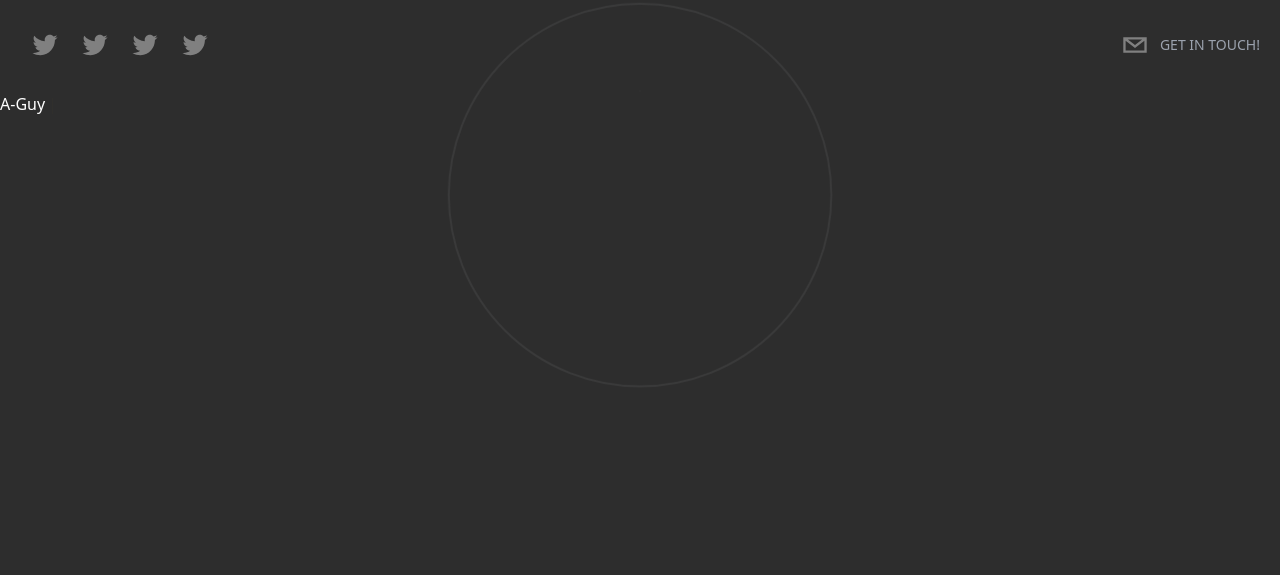
Repository: MikeeBuilds/newportfolio-2023
Page: /
These files come from the project's save history. The page is drawn as it stood at one moment and after a run of saves; the edit follows.
The browser window is 1280 px wide. The pictures show the whole page.
The project was rebuilt for these pictures with package versions that can differ from the ones it lists, and the page was loaded fresh each time. The framework's server and built-in components were replaced by stand-ins that run in the browser. Also part of the build but not shown: next.config.js.

Above is the page before, as saved 2023-02-26 19:53:27.

### pages/index.tsx
import Head from 'next/head';
import { NextPage } from 'next';
import Header from '@/components/Header';
import Hero from '@/components/Hero';

const Home: NextPage = () => {

  return (
    <div className='bg-[rgb(45,45,45)] text-white h-screen'>
      <Head>
        <title>Mike Portfolio</title>
        <meta name="description" content="Generated by create next app" />
        <meta name="viewport" content="width=device-width, initial-scale=1" />
        <link rel="icon" href="/favicon.ico" />
      </Head>


      <Header />

      {/* Hero */}
      <section id='hero'>
        <Hero />

      </section>

      {/* About */}

      {/* Experience */}

      {/* Skills */}

      {/* Projects */}

      {/* Contact Me */}

    </div>
  )
}

export default Home;

### components/Header.tsx
import React from "react";
import { SocialIcon } from "react-social-icons";
import { motion } from "framer-motion";

type Props = {}

    export default function Header({}: Props) {
        return (
            <header className="sticky top-0 p-5 flex items-start justify-between max-w-7xl mx-auto z-20 xl:items-center">
                    <motion.div
                    initial={{
                        opacity: 0,
                        x: -500,
                        scale: 0.5,
                    }}
                    animate={{
                        x: 0,
                        opacity: 1,
                        scale: 1,
                    }}
                    transition={{
                        duration: 1.5,
                    }}
                    className="flex flex-row items-center">
                        {/* Social Icons */}
                        <SocialIcon url="https://twitter.com/bankroll_miyagi"
                                    fgColor="gray"
                                    bgColor="transparent"
                                    />

<SocialIcon url="https://twitter.com/bankroll_miyagi"
                                    fgColor="gray"
                                    bgColor="transparent"
                                    />

<SocialIcon url="https://twitter.com/bankroll_miyagi"
                                    fgColor="gray"
                                    bgColor="transparent"
                                    />

<SocialIcon url="https://twitter.com/bankroll_miyagi"
                                    fgColor="gray"
                                    bgColor="transparent"
                                    />
                    </motion.div>

                    <motion.div
                    initial={{
                        x: 500,
                        opacity: 0,
                        scale: 0.5,
                    }}
                    animate={{
                        x: 0,
                        opacity: 1,
                        scale: 1,
                    }}
                    transition={{
                        duration: 1.5,
                    }}
                    className="flex flex-row items-center text-gray-300 cursor-pointer">
                        <SocialIcon
                        className="cursor-pointer"
                        network="email"
                        fgColor="gray"
                        bgColor="transparent"
                        />
                        <p className="uppercase hidden md:inline-flex text-sm text-gray-400">Get in touch!</p>
                    </motion.div>

            </header>
        )
    }

### components/Hero.tsx
import React from 'react';
import { Cursor, useTypewriter } from 'react-simple-typewriter';
import BackgroundCircles from './BackgroundCircles';

type Props = {}

export default function Hero({}: Props) {
    const [text, count] = useTypewriter({
        words: [
            "Hello, The name is Mike",
            "A-Guy-Who-Loves-Coffee.tsx",
            "<ButLovesToBuildEvenMore />",
        ],
        loop: true,
        delaySpeed: 2000,
});
    return (
        <div>
            <BackgroundCircles />
            <h1>
            <span>{text}</span>
            <Cursor cursorColor='#FFA500' />
            </h1>
        </div>
    )
}

### components/BackgroundCircles.tsx
import React from 'react';
import { motion } from 'framer-motion';

interface Props {

}

function BackgroundCircles({}: Props) {
    return (
        <div className='relative flex justify-center items-center'>
            <div className='absolute border border-[#333333 rounded-full h-[200px]
                            w-[200px] mt-52 animate-ping' />
            <div className='rounded-full border border-[#333333] h-[]' />
            <div />
            <div />
            <div />
        </div>
    )
}

export default BackgroundCircles

Loaded but not shown: pages/_app.tsx (common file); pages/_document.tsx (common file); styles/globals.css (common file); tailwind.config.js (common file)

After the next 4 saves:
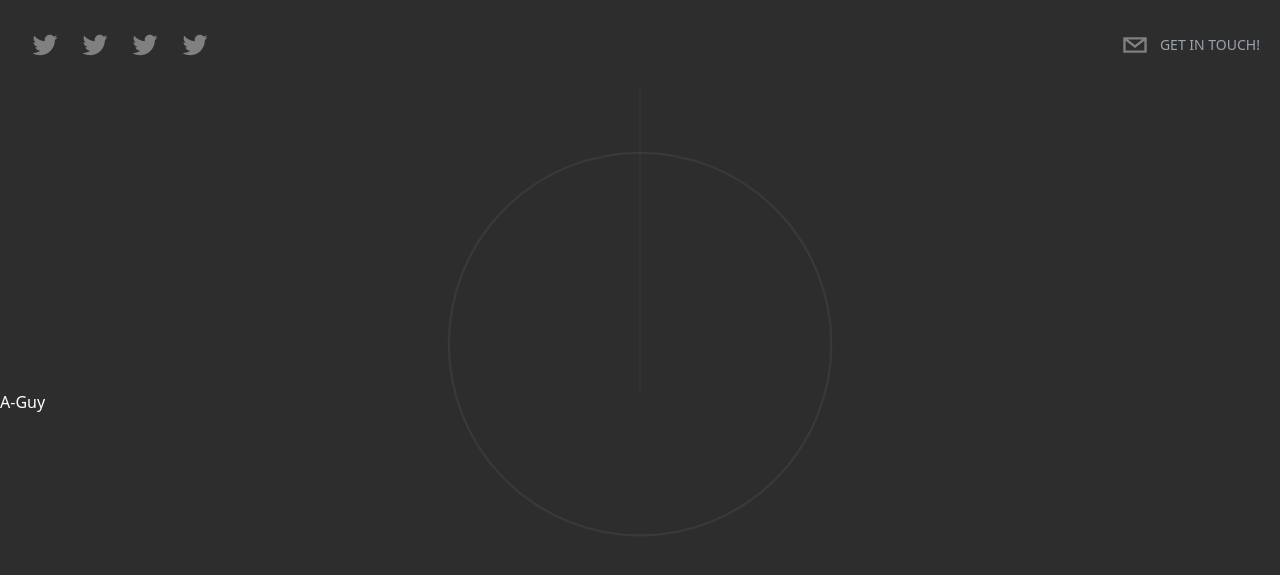
The 4 saves are shown as one change because they came seconds apart.
The last was saved 9 s later.
--- a/components/BackgroundCircles.tsx
+++ b/components/BackgroundCircles.tsx
@@ -10,7 +10,7 @@
         <div className='relative flex justify-center items-center'>
             <div className='absolute border border-[#333333 rounded-full h-[200px]
                             w-[200px] mt-52 animate-ping' />
-            <div className='rounded-full border border-[#333333] h-[]' />
+            <div className='rounded-full border border-[#333333] h-[300px] h-[300px]' />
             <div />
             <div />
             <div />
